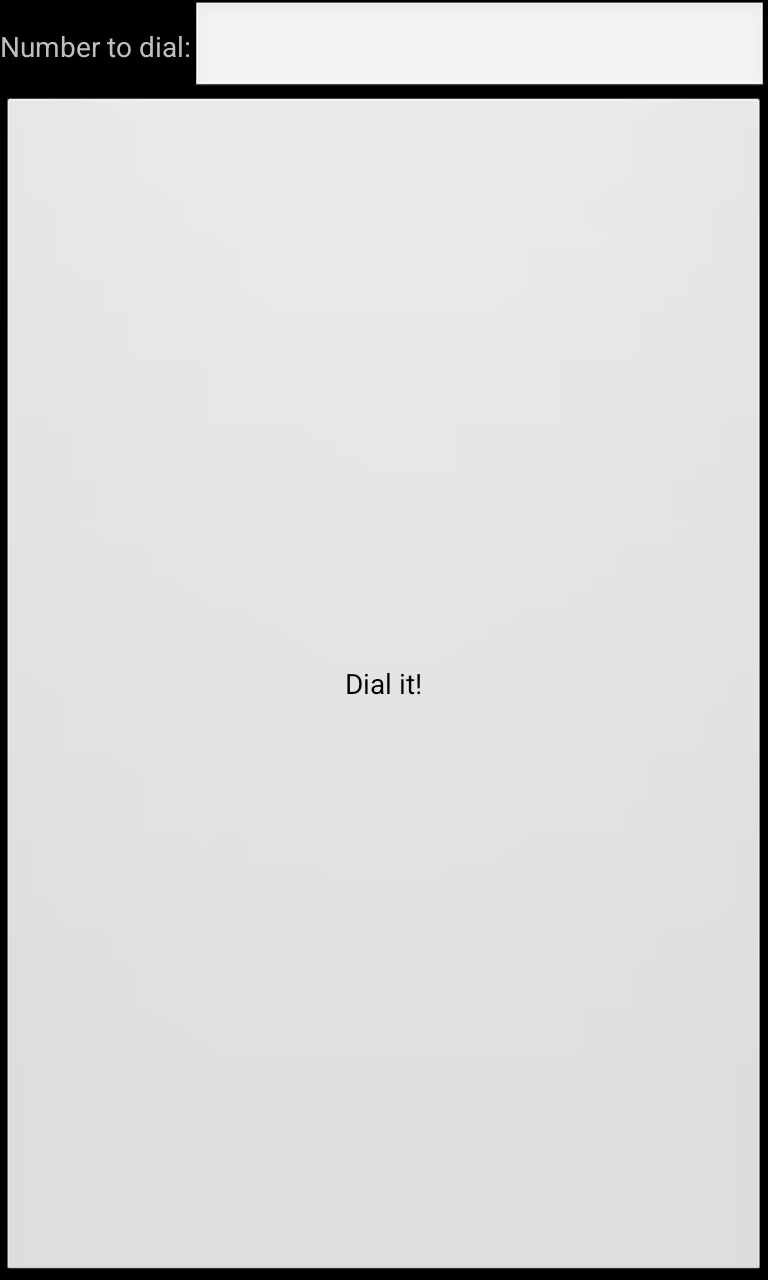
Repository: cogitovsmachina/Curso-Android-en-ITAM
Layout: SimpleDial/res/layout/main.xml
The author's editor kept a copy of each file at every save. The layout is drawn from the files as they stood at one save, then again after the next save.
It is drawn on a 768 x 1280 px phone screen (xhdpi) without system bars, with theme android:Theme; the app's code is not run.

Above is the layout before, as saved 2011-07-06 14:33:30.

After the next save:
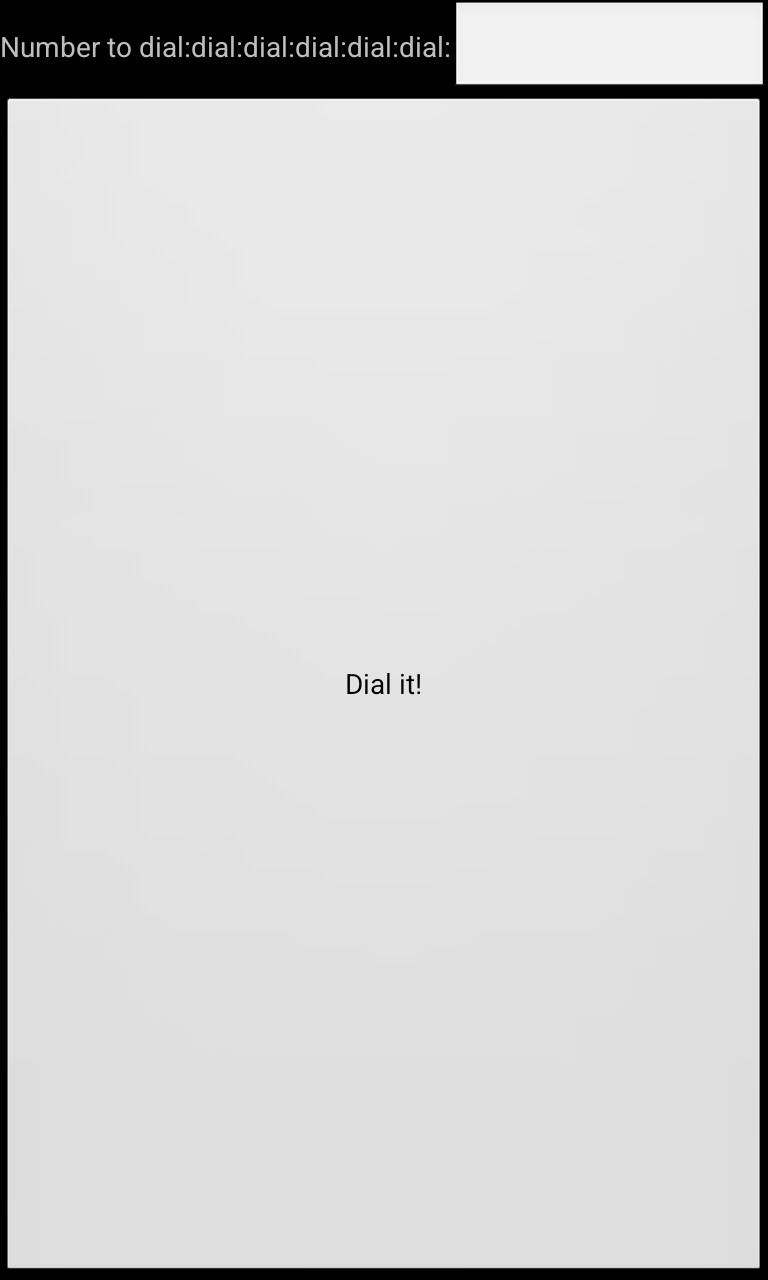
Saved 2 min 7 s later.
--- a/SimpleDial/res/layout/main.xml
+++ b/SimpleDial/res/layout/main.xml
@@ -12,7 +12,7 @@
 		<TextView
 		    android:layout_width="wrap_content"
 		    android:layout_height="wrap_content"
-		    android:text="Number to dial:"
+		    android:text="Number to dial:dial:dial:dial:dial:dial:"
 		    />
 		    <EditText
 				android:id="@+id/number"

After the save that followed:
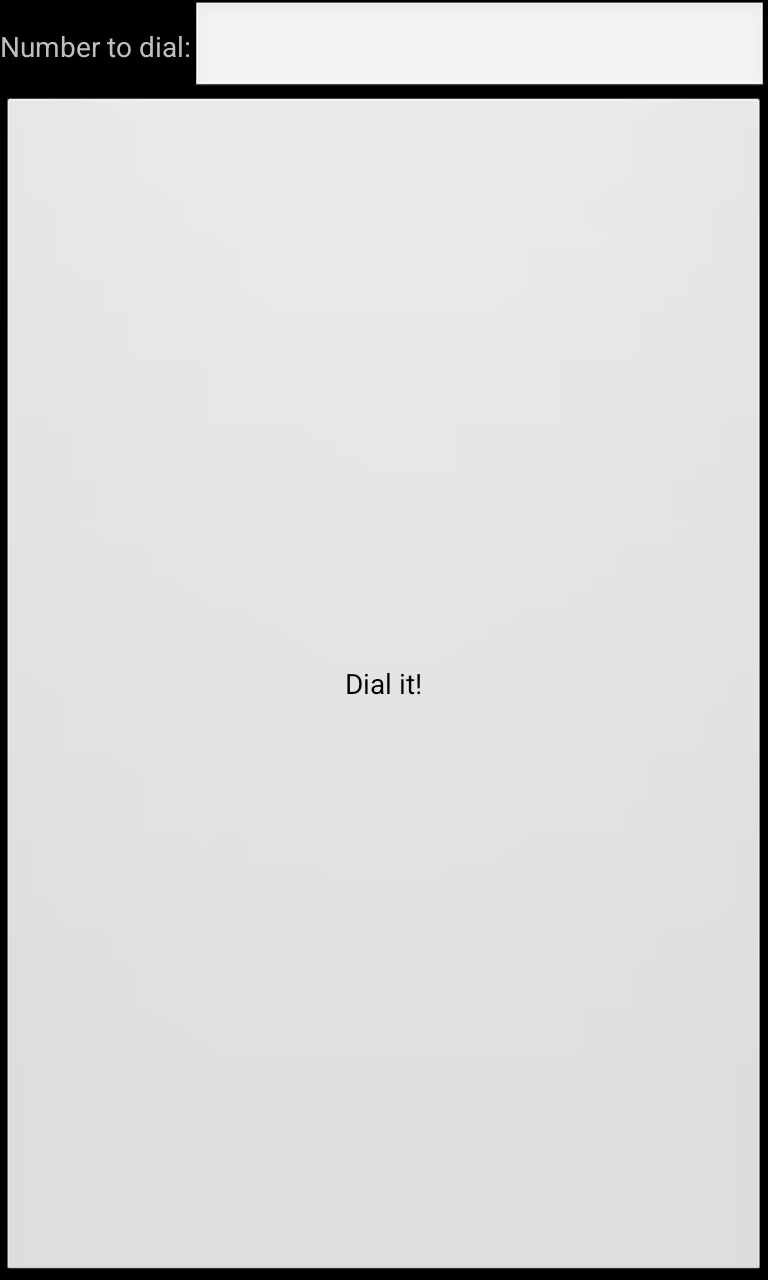
Saved 8 s later.
--- a/SimpleDial/res/layout/main.xml
+++ b/SimpleDial/res/layout/main.xml
@@ -12,7 +12,7 @@
 		<TextView
 		    android:layout_width="wrap_content"
 		    android:layout_height="wrap_content"
-		    android:text="Number to dial:dial:dial:dial:dial:dial:"
+		    android:text="Number to dial:"
 		    />
 		    <EditText
 				android:id="@+id/number"
